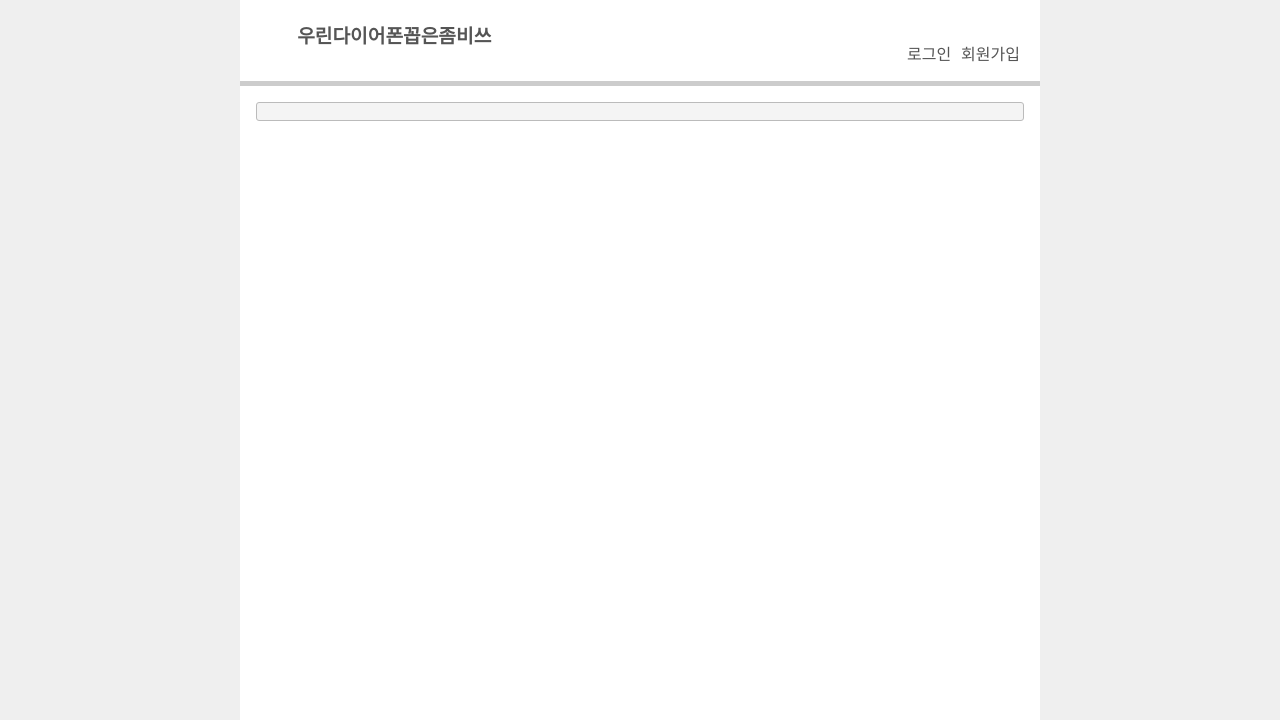
Repository: KKgeon/commonstudent
Page: WebClass/webPro/src/main/webapp/javascript/days02/test/asd.html
These files come from the project's save history. The page is drawn as it stood at one moment and after the next save; the edit follows.
The browser window is 1280 px wide. The pictures show the whole page.
Some web fonts or font styles are not loaded; a fallback is used.

Above is the page before, as saved 2024-04-05 01:36:37.

After the next save:
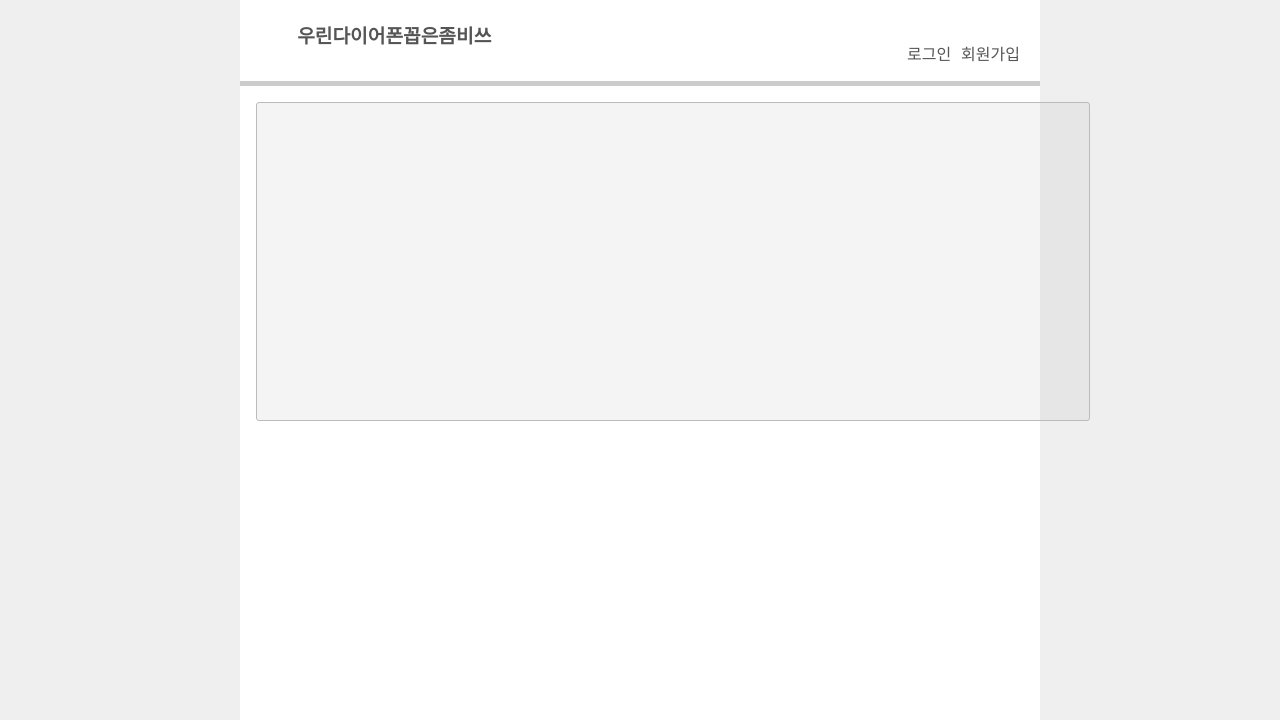
Saved 28 s later.
--- a/WebClass/webPro/src/main/webapp/javascript/days02/test/asd.html
+++ b/WebClass/webPro/src/main/webapp/javascript/days02/test/asd.html
@@ -13,8 +13,8 @@
     vertical-align: text-bottom;
  }
  .code{
- width:100%
- height:300px
+ width:100%;
+ height:300px;
   }
 </style>
 </head>
